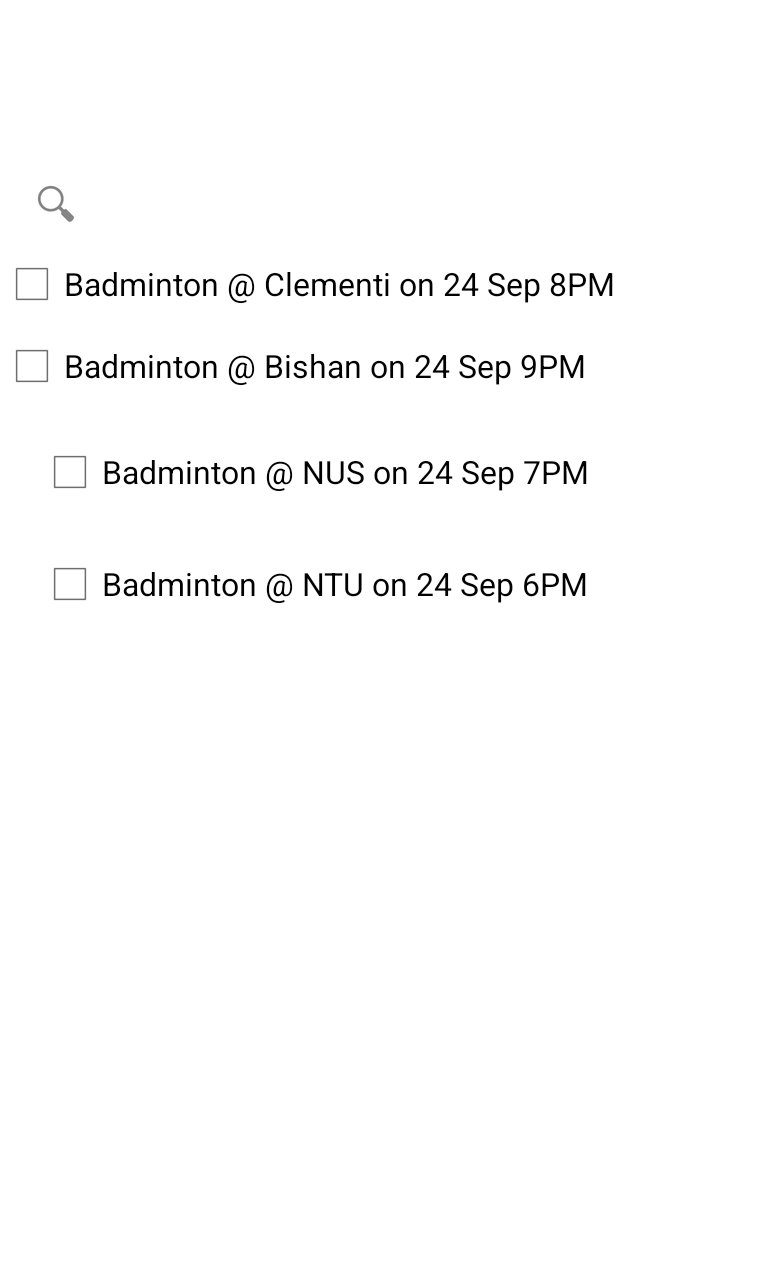
Repository: srikraj8341/srikanthrepo
Layout: android/MyFirstApp/res/layout/activity_games.xml
The author's editor kept a copy of each file at every save. The layout is drawn from the files as they stood at one save, then again after the next save.
It is drawn on a 768 x 1280 px phone screen (xhdpi) without system bars, with theme AppTheme; the app's code is not run.

Above is the layout before, as saved 2012-09-23 01:20:19.

### android/MyFirstApp/res/layout/activity_games.xml
<RelativeLayout xmlns:android="http://schemas.android.com/apk/res/android"
    xmlns:tools="http://schemas.android.com/tools"
    android:layout_width="match_parent"
    android:layout_height="match_parent" >

    <SearchView
        android:id="@+id/searchView1"
        android:layout_width="wrap_content"
        android:layout_height="wrap_content"
        android:layout_alignParentTop="true"
        android:layout_marginTop="78dp" >
    </SearchView>

    <TabWidget
        android:id="@android:id/tabs"
        android:layout_width="wrap_content"
        android:layout_height="wrap_content"
        android:layout_below="@+id/searchView1"
        android:layout_marginTop="41dp"
        android:layout_toRightOf="@+id/searchView1" >
    </TabWidget>

    <CheckBox
        android:id="@+id/checkBox1"
        android:layout_width="wrap_content"
        android:layout_height="wrap_content"
        android:layout_below="@+id/searchView1"
        android:text="@string/Badminton1" />

    <CheckBox
        android:id="@+id/checkBox2"
        android:layout_width="wrap_content"
        android:layout_height="wrap_content"
        android:layout_alignParentLeft="true"
        android:layout_below="@android:id/tabs"
        android:text="@string/Badminton2" />

    <CheckBox
        android:id="@+id/checkBox3"
        android:layout_width="wrap_content"
        android:layout_height="wrap_content"
        android:layout_alignParentLeft="true"
        android:layout_below="@+id/checkBox2"
        android:layout_marginLeft="19dp"
        android:layout_marginTop="21dp"
        android:text="@string/Badminton3" />

    <CheckBox
        android:id="@+id/checkBox4"
        android:layout_width="wrap_content"
        android:layout_height="wrap_content"
        android:layout_alignLeft="@+id/checkBox3"
        android:layout_below="@+id/checkBox3"
        android:layout_marginTop="24dp"
        android:text="@string/Badminton4" />

</RelativeLayout>

### android/MyFirstApp/res/values/strings.xml
<resources>

    <string name="app_name">Play Finder</string>
    <string name="hello_world">Hello world!</string>
    <string name="menu_settings">Settings</string>
    <string name="title_activity_main">Play Finder</string>
    <string name="edit_message">Enter a message</string>
    <string name="button_send">send</string>
    <string name="title_activity_display_message">My Message</string>
    <string name="Email">Email</string>
    <string name="textEmailAddress">user@domain</string>
    <string name="Password">Password</string>
    <string name="Register">Register</string>
    <string name="Submit">Submit</string>
    <string name="Passwordsymbol">........</string>
    <string name="Name">Name</string>
    <string name="Age">Age : dd/mm/yyyy</string>
    <string name="Phone">(555) 1000</string>
    <string name="Male">Male</string>
    <string name="Female">Female</string>
    <string name="Save">Save</string>
    <string name="title_activity_login">Play Finder</string>
    <string name="title_activity_profile">Play Finder</string>
    <string name="title_activity_initiate">Play Finder</string>
    <string name="title_activity_games">Play Finder</string>
    <string name="Activity">Activity e.g Badminton</string>
    <string name="Location">Location e.g MPSH</string>
    <string name="Date">Date,Time</string>
    <string name="Profecieny_prompt">Profeciency</string>
    <string name="InititateNow">Initiate Now!</string>
    <string name="Badminton1">Badminton @ Clementi on 24 Sep 8PM</string>
    <string name="Badminton2">Badminton @ Bishan on 24 Sep 9PM</string>
    <string name="Badminton3">Badminton @ NUS on 24 Sep 7PM</string>
    <string name="Badminton4">Badminton @ NTU on 24 Sep 6PM</string>

    <string-array name = "Profeciency_array">
         <item>Profeciency</item>
         <item>Beginner</item>
         <item>Intermediate</item>
         <item>Professional</item>
    </string-array>


</resources>

Loaded but not shown: android/MyFirstApp/res/values-v11/styles.xml (common file); android/MyFirstApp/res/values-v14/styles.xml (common file); android/MyFirstApp/res/values/styles.xml (common file)

After the next save:
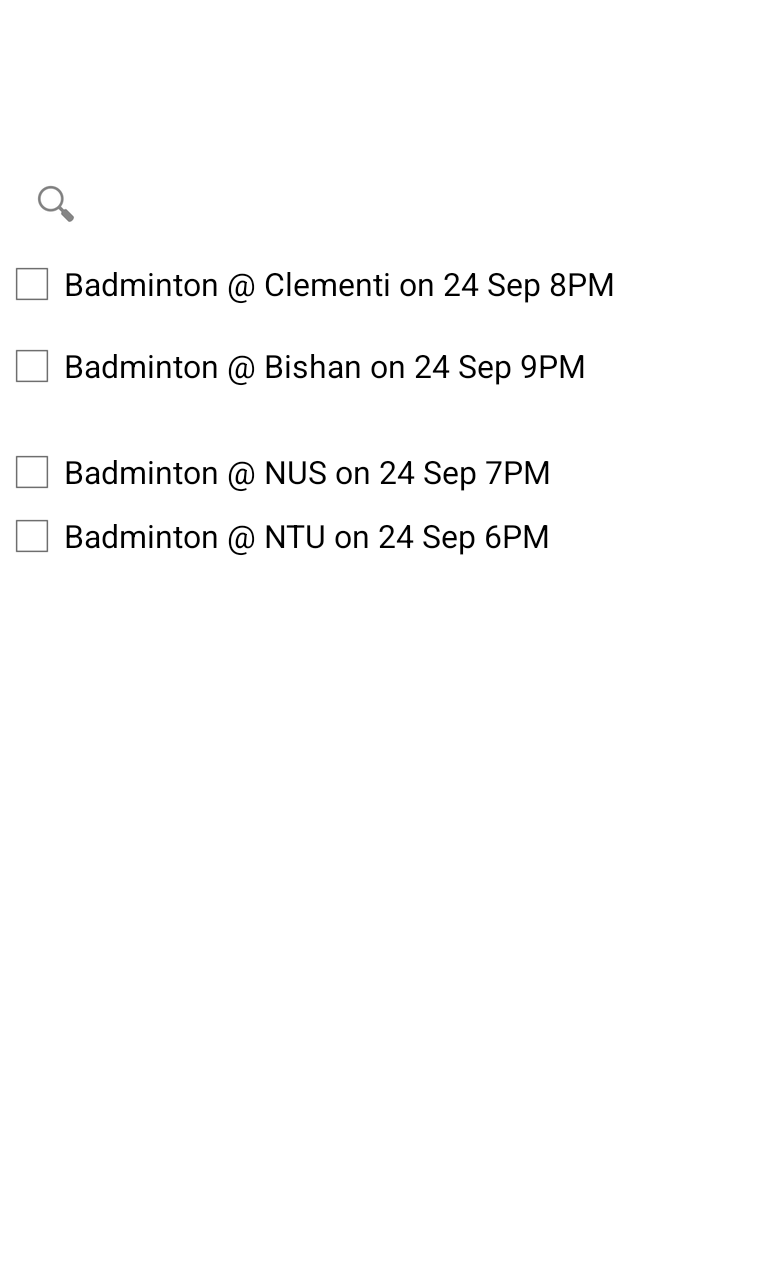
Saved 38 s later.
--- a/android/MyFirstApp/res/layout/activity_games.xml
+++ b/android/MyFirstApp/res/layout/activity_games.xml
@@ -39,9 +39,7 @@
         android:id="@+id/checkBox3"
         android:layout_width="wrap_content"
         android:layout_height="wrap_content"
-        android:layout_alignParentLeft="true"
         android:layout_below="@+id/checkBox2"
-        android:layout_marginLeft="19dp"
         android:layout_marginTop="21dp"
         android:text="@string/Badminton3" />
 
@@ -49,9 +47,8 @@
         android:id="@+id/checkBox4"
         android:layout_width="wrap_content"
         android:layout_height="wrap_content"
-        android:layout_alignLeft="@+id/checkBox3"
+        android:layout_alignRight="@+id/checkBox3"
         android:layout_below="@+id/checkBox3"
-        android:layout_marginTop="24dp"
         android:text="@string/Badminton4" />
 
 </RelativeLayout>
